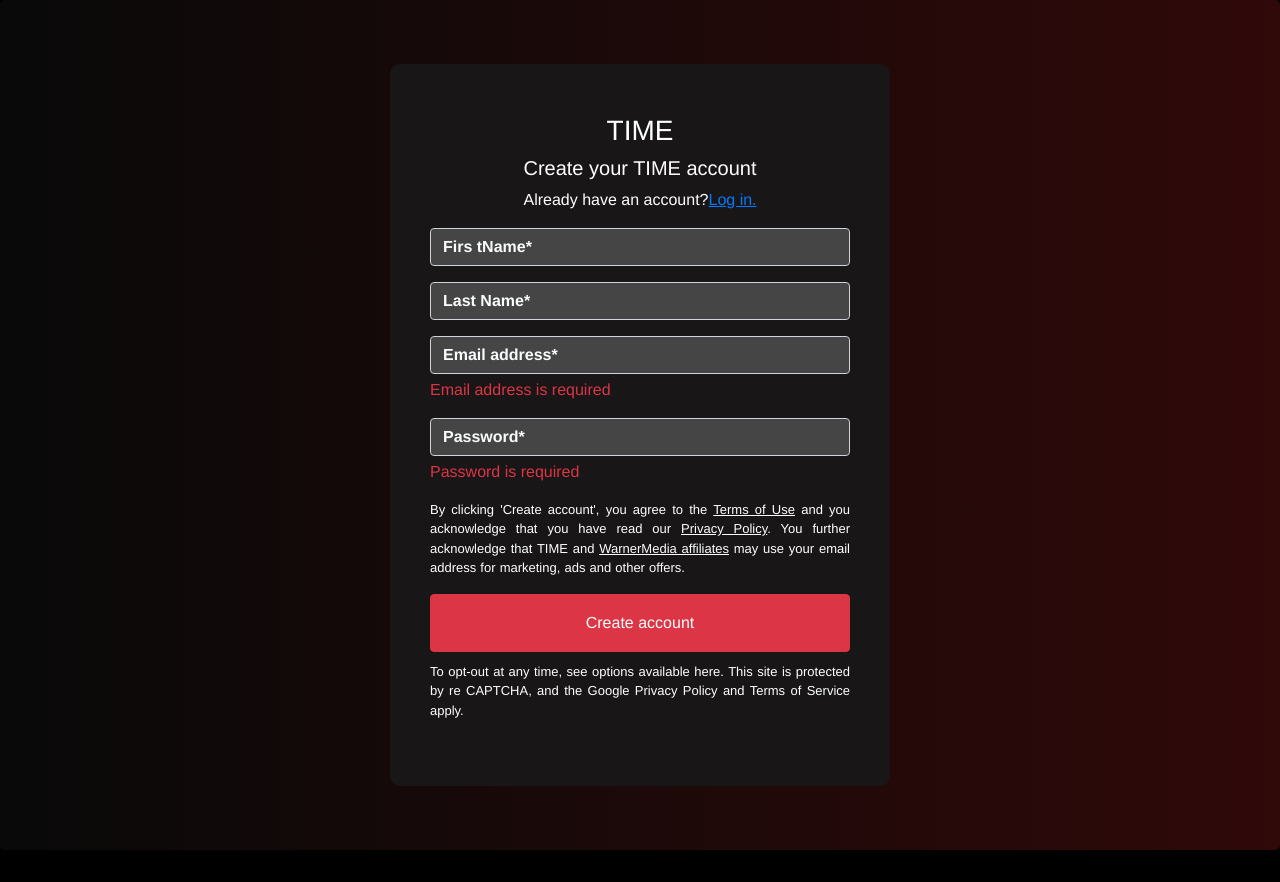
Repository: Vu14082002/WebTinTuc
Page: html/SignUp.html
The author's editor kept a copy of each file at every save. The page is drawn from the files as they stood at one save, then again after the next save.
The browser window is 1280 px wide. The pictures show the whole page.
Some web libraries are served in a nearby version.

Above is the page before, as saved 2022-04-12 20:51:30.

### html/SignUp.html
<!DOCTYPE html>
<html lang="en">
<head>
    <meta charset="UTF-8">
    <meta http-equiv="X-UA-Compatible" content="IE=edge">
    <meta name="viewport" content="width=device-width, initial-scale=1.0">
    <title>Create a TIME account | TIME</title>
    <link
    rel="stylesheet"
    href="https://pro.fontawesome.com/releases/v5.10.0/css/all.css"
    integrity="sha384-AYmEC3Yw5cVb3ZcuHtOA93w35dYTsvhLPVnYs9eStHfGJvOvKxVfELGroGkvsg+p"
    crossorigin="anonymous"
  />
    <script src="../bootstrap-4/js/jquery-3.6.0.min.js"></script>
    <script src="../bootstrap-4/js/bootstrap.min.js"></script>
    <link rel="stylesheet" href="../bootstrap-4/css/bootstrap.min.css">
    <link rel="stylesheet" href="../css/index_Footer.css">
    <link rel="stylesheet" href="../css/init.css">
    <link rel="stylesheet" href="../css/index_Header.css">
    <link rel="stylesheet" href="../css/login.css">
    <link rel="stylesheet" href="../css/SignUP.css">
    <link rel="icon" href="../Image/logo.png" type="image/gif" sizes="16x16">
</head>
<body>
    <div class="container-fluid jumbotron">
        <div class="box text-center">
            <h3>TIME</h3>
            <h5>Create your TIME account</h5>
            <p>Already have an account?<a href="../html/login.html">Log in.</a></p>
            <div class="form-group ">
                <input type="text" id="FirstName" placeholder="Firs tName*  " class="form-control  text-light " onchange="checkFirstName()"  required >
                <p class="text-left mt-1">
                    <span id="checkFirstName"  class="checkLogin text-left text-right mb-2 text-danger" ></span>
                </p>
                <input type="text" id="LasttName" placeholder="Last Name* " class="form-control  text-light " onchange="checkLastNamName()"  required >
                <p class="text-left mt-1">
                    <span id="checkLastName"  class="checkLogin text-left text-right mb-2 text-danger" ></span>
                </p>
                <input type="text" id="email" placeholder="Email address* " onchange="checkPass()" class="form-control  text-light "  required >
                <p class="text-left mt-1">
                    <span id="checkEmail"  class="checkLogin text-left text-right mb-2 text-danger" >Email address is required <span>
                </p>
                <input type="password" id="pass"  placeholder="Password*" class="form-control text-light"  required>
                <p class="text-left mt-1">
                    <span id="checkEmail"  class="checkLogin text-left text-right mb-2 text-danger" >Password is required <span>
                </p>
                <p class=" text-justify">
                    By clicking 'Create account', you agree to the <a  class="theA" href="../html/TermsOfuse.html">Terms of Use</a> and you acknowledge that you have read our
                    <a  class="theA" href="https://www.warnermediaprivacy.com/policycenter/b2c/affiliateslist/">Privacy Policy</a>. You further acknowledge that TIME and <a  class="theA" href="../html/TermsOfuse.html">WarnerMedia affiliates</a> may use your email address for marketing,
                    ads and other offers.
                </p>
                <a href="../html/login.html"><button type="button" class="btn btn-danger w-100 p-3">Create account</button>  </a>
                <p class=" text-justify rieng">
                    To opt-out at any time, see options available here. This site is protected by re CAPTCHA, and the Google Privacy Policy and Terms of Service apply.
                </p>
            </div>

        </div>

    </div>
    <script src="../js/signup.js"></script>
</body>
</html>

### css/index_Footer.css
footer {
    width: 100%;
    background-color: black;
}
.main{
    width: 85%;
    margin: 0 auto;
}
.main__top__search {
    padding-top: 60px;
    width: 100%;
}
.main__top__search >input {
    width: 100%;
    height: 35px;
    padding: 0 8px;
    border-radius: 3px ;
    outline: none;
}
.main__top__search1{
    display: flex;
    flex-direction: row-reverse;
    margin-top: -25px;
    margin-right: 10px;
    font-weight: bold;
    color: rgba(103, 85, 76,1);
    cursor: pointer;
}
.main__mid{
    margin: 35px 0px;
    margin-bottom: 40px;
}
.main__mid {
    display: flex;
    flex-wrap: wrap;
}
.main__mid > div {
    width: calc(100%/7);
    font-size: 14px;
    color: white;
    margin-bottom: 20px;

}
.main__mid > div  a {
    color: rgb(230 230 230);
    display: inline-block;
    margin-bottom: 8px;
}
.main__mid > div  > a {
    font-size: 16px;
    font-weight: 700;
    transition: 0.3s;
}
.main__mid > div  a:hover {
    text-decoration: underline;
    color: white;
}
.main__bottom {
    border-top: 1px solid rgb(230, 230, 230);
    display: flex;
    flex-direction: row-reverse;
    padding: 40px 0px;
}
.main__bottom > div > a, .main__bottom > div{
    width: 3%;
    max-width: 15%;
    margin: 5px;
    font-size: 25px;
    color: rgb(230, 230, 230)
}
.main__bottom > div >a :hover{
    color: white;
}
.main__bottom > div:last-child{
    font-weight: bold;
    font-size: 20px;
    text-align: center;
    width: 20%;
    margin-right: 10px;
    border-right: 1px solid rgb(230, 230, 230) ;
}

### css/init.css
* {
    font-family: Helvetica, Helvetica, Arial, sans-serif;
    box-sizing: border-box;
    list-style-type: none;
    margin: 0;
    padding: 0;
    text-decoration:  none;
    box-sizing: border-box;
  }
  a{
    text-decoration: none !important;
  }

### css/index_Header.css
/* HEADER */
header{
    position: sticky; top: 0;
    z-index: 100;
}
.gif {
  background-color: #262626;
  width: 100%;
  height: 300px;
  padding: 25px;
  text-align: center;
  margin-top: 0px;

}
 .gif > img {
    display: inline-block;
    margin: 0 auto;
}
header > section {
  border-bottom: 1px solid rgb(230 230 230);

  width: 100%;
  background-color: #0c0c0c;
  display: flex;
  height: 56px;
}
header > section > nav {
    display: flex;
    /* border-bottom: 1px solid white; */
    width: 85%;
    margin:0  auto ;

}
header > section > nav > ul:first-child{
    width: 80%;
    display: flex;
}
header > section > nav > ul:last-child{
    display: flex;
    flex-direction:  row-reverse;
    width: 20%;
}

header > section > nav> ul > li{
    max-width: 300px;
}
/* paddingMenu */
header > section > nav> ul> li:first-child{
    background: #CC0000;
    padding-bottom: 55px;
}
header > section > nav> ul > li > a {
    font-size: 16px;
    text-decoration:  none;
    display: block;
    padding: 18px;
    color: #e4dfd7;
}
header > section > nav> ul > li:first-child > a{
    color: white;
}
header > section > nav> ul > li > a:hover{
    color: white;
}
.tieude{
    overflow: hidden;
}

### css/login.css
body{
    background-color: black;
}
.container-fluid{
    background-image: linear-gradient(to right, #090909 , #300909);
    border-radius: none;
}
.box{
    width: 500px;
    margin: 0 auto;
    background-color: #181616;
    padding: 50px 40px;
        color: white;
    border-radius: 10px;
}
.box input[type="text"],.box input[type="password"]{
    background-color: #464546;
}
.checkLogin{
    color: rgb(207, 90, 90);
}
.box ::placeholder {
    font-weight: 700;
    color: #fafdfd;
    opacity: 1; /* Firefox */
}
.box  :-ms-input-placeholder { /* Internet Explorer 10-11 */
    color: #fafdfd;
}
.box ::-ms-input-placeholder { /* Microsoft Edge */
    color: #fafdfd;
}
.box input:focus{
    color: #fafdfd;
}
.search{
    margin-top: -3px;
}
button > a{
    text-decoration: none;
    color: white;
}
.theA{
    color: white;
    text-decoration:underline;
}
.theA:hover{
    color: #d7d8d8;
}
.text-justify{
    font-size: 13px;
    word-spacing: 0.5px;
}
.rieng{
    margin-top: 10px;

}

### css/SignUP.css
a{
    text-decoration: underline !important;
}

### js/signup.js
function checkFirstName() {
    var d = document.getElementById("FirstName").value
    var pt=/^[A-Z][a-z]+(\s[A-Z][a-z])*$/
    if(d.trim()==""){
        document.getElementById("checkFirstName").innerHTML="First name is required"
        return;
    }
    if(pt.test(d)){
        document.getElementById("checkFirstName").innerHTML=""
        return;
    }
        document.getElementById("checkFirstName").innerHTML="First Name begin Uppercharacter"
        return;
}
function checkLastNamName() {
    var d = document.getElementById("LasttName").value
    var pt=/^[A-Z][a-z]+(\s[A-Z][a-z])*$/
    if(d.trim()==""){
        document.getElementById("checkLastName").innerHTML="Last name is required"
        return;
    }
    if(pt.test(d)){
        document.getElementById("checkLastName").innerHTML=""
        return;
    }
        document.getElementById("checkLastName").innerHTML="First Name begin Uppercharacter"
        return;
}

Loaded but not shown: bootstrap-4/js/jquery-3.6.0.min.js (library); bootstrap-4/js/bootstrap.min.js (library); bootstrap-4/css/bootstrap.min.css (library)

After the next save:
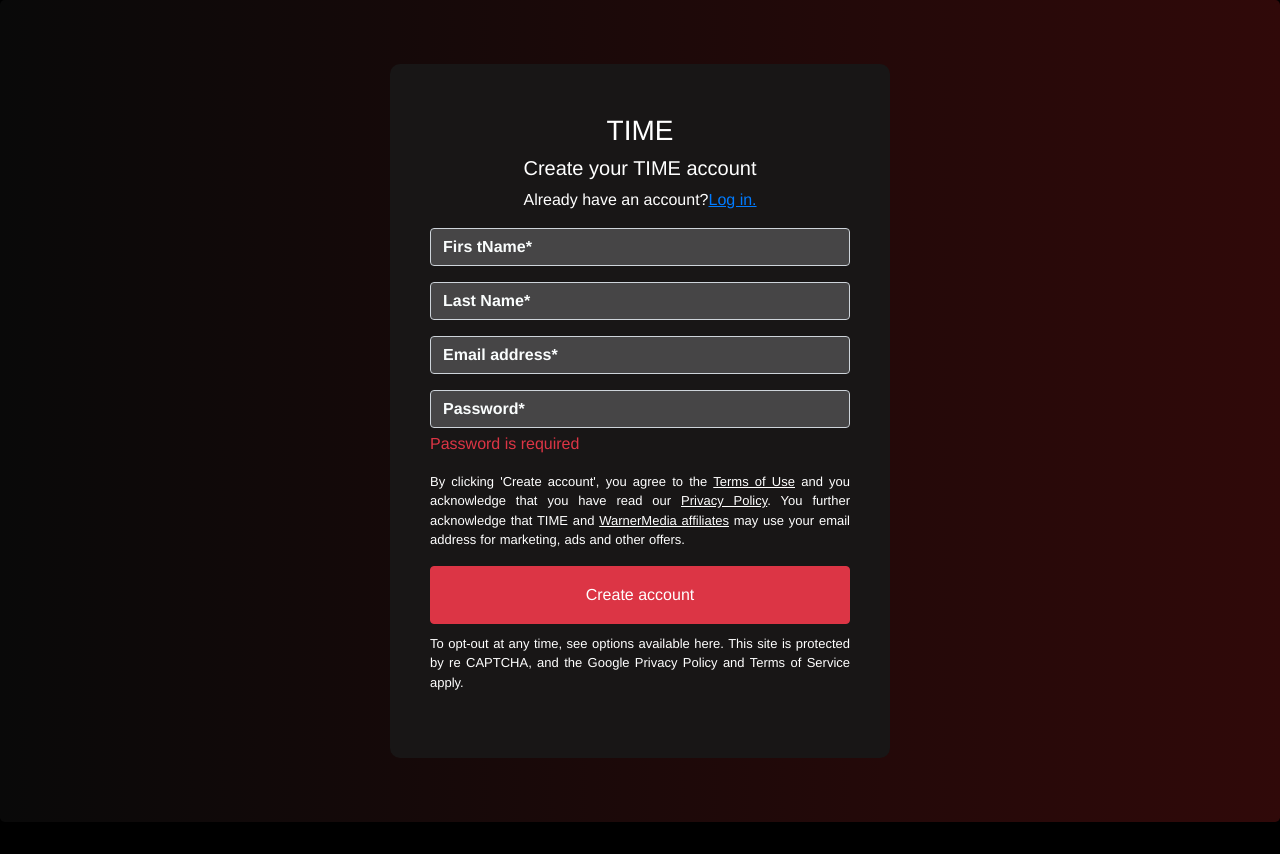
Saved 55 s later.
--- a/html/SignUp.html
+++ b/html/SignUp.html
@@ -38,7 +38,7 @@
                 </p>
                 <input type="text" id="email" placeholder="Email address* " onchange="checkPass()" class="form-control  text-light "  required >
                 <p class="text-left mt-1">
-                    <span id="checkEmail"  class="checkLogin text-left text-right mb-2 text-danger" >Email address is required <span>
+                    <span id="checkEmail"  class="checkLogin text-left text-right mb-2 text-danger" ><span>
                 </p>
                 <input type="password" id="pass"  placeholder="Password*" class="form-control text-light"  required>
                 <p class="text-left mt-1">
